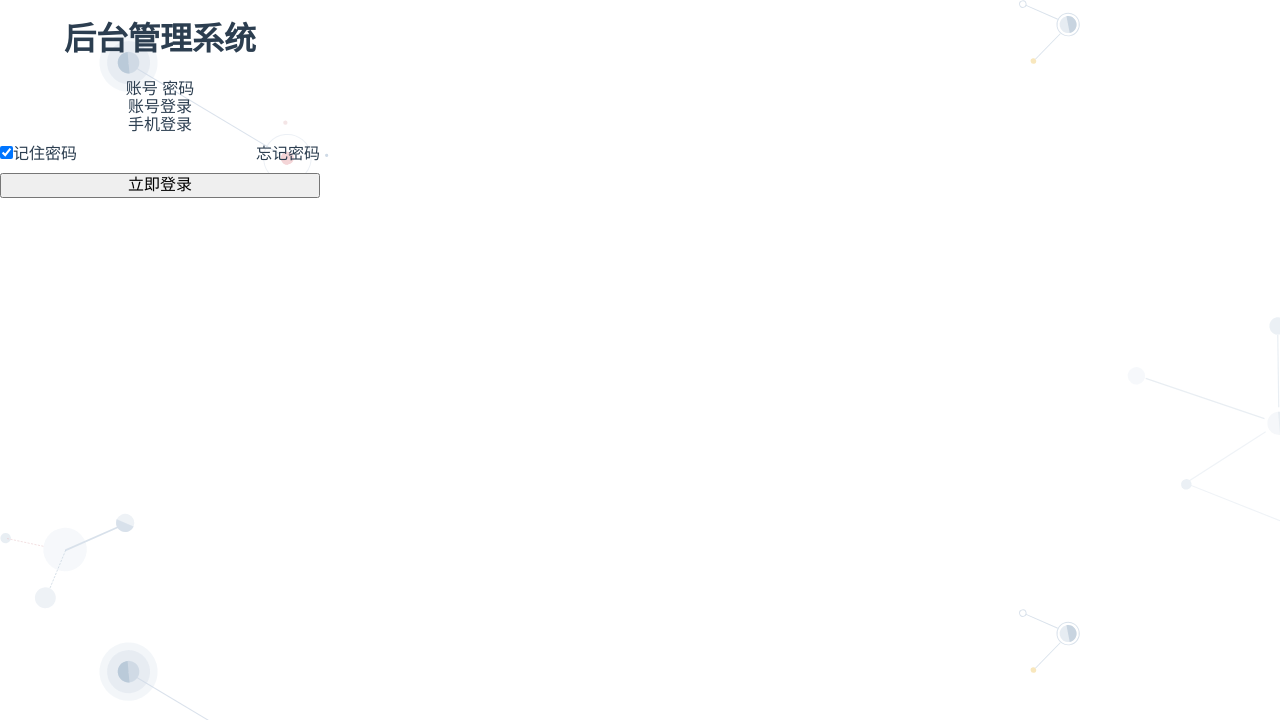
Repository: chenguox/vue-admin
Page: /#/login
These files come from the project's save history. The page is drawn as it stood at one moment and after a run of saves; the edit follows.
The browser window is 1280 px wide. The pictures show the whole page.
The page's requests for data from a server got no answer. The project was rebuilt for these pictures with package versions that can differ from the ones it lists, and the page was loaded fresh each time. No one was signed in, and anything a server would have sent is missing. Also part of the build but not shown: vue.config.js.

Above is the page before, as saved 2022-03-05 10:57:32.

### src/main.ts
import { createApp } from 'vue'
import { globalRegister } from './global'
import 'normalize.css'
import './assets/css/index.less'

import App from './App.vue'

import router from './router'
import store from './store'

import gxRequest from './service'

const app = createApp(App)

// 注册element-plus/其他
app.use(globalRegister)
app.use(router)
app.use(store)

app.mount('#app')

interface DataType {
  data: any
  returnCode: string
  success: boolean
}

gxRequest
  .request<DataType>({
    url: '/post',
    method: 'POST',
    interceptors: {
      requestInterceptor: (config) => {
        console.log('单个请求成功的拦截')
        return config
      },
      requestInterceptorCatch: (err) => {
        console.log('单个请求失败的拦截')
        return err
      },
      responseInterceptor: (res) => {
        console.log('单个响应成功的拦截')
        return res
      },
      responseInterceptorCatch: (err) => {
        console.log('单个响应失败的拦截')
        return err
      }
    }
  })
  .then((res) => {
    // 拿到请求结果
    console.log(res)
  })

### src/global/index.ts
import { App } from 'vue'
import registerElement from './register-element'

export function globalRegister(app: App): void {
  app.use(registerElement)
}

### src/App.vue
<template>
  <div id="app">
    <!-- <router-link to="/login">登录</router-link>
    <router-link to="/main">首页</router-link>
    <h2>{{ $store.state.name }}</h2> -->
    <router-view></router-view>
  </div>
</template>

<script lang="ts">
import { defineComponent } from 'vue'

export default defineComponent({
  name: 'App',
  components: {}
})
</script>

<style lang="less">
#app {
  font-family: Avenir, Helvetica, Arial, sans-serif;
  -webkit-font-smoothing: antialiased;
  -moz-osx-font-smoothing: grayscale;
  text-align: center;
  color: #2c3e50;
  // margin-top: 60px;
}
</style>

### src/router/index.ts
import { createRouter, createWebHashHistory } from 'vue-router'
import { RouteRecordRaw } from 'vue-router'

const routes: RouteRecordRaw[] = [
  {
    path: '/',
    redirect: '/main'
  },
  {
    path: '/main',
    component: () => import('../views/main/main.vue')
  },
  {
    path: '/login',
    component: () => import('../views/login/login.vue')
  }
]

// 创建 router 对象
const router = createRouter({
  routes,
  history: createWebHashHistory()
})

export default router

### src/store/index.ts
import { createStore } from 'vuex'

// 创建store对象
const store = createStore({
  state: () => {
    return {
      name: '哈哈'
    }
  },
  mutations: {},
  getters: {},
  actions: {}
})

export default store

### src/service/index.ts
// service 统一出口
import GXRequest from './request'
import { API_BASE_URL, TIME_OUT } from './request/config'

// 创建 gxRequest 实例
const gxRequest = new GXRequest({
  baseURL: API_BASE_URL,
  timeout: TIME_OUT,
  interceptors: {
    requestInterceptor: (config) => {
      console.log('请求成功的拦截')
      return config
    },
    requestInterceptorCatch: (err) => {
      console.log('请求失败的拦截')
      return err
    },
    responseInterceptor: (res) => {
      console.log('响应成功的拦截')
      return res
    },
    responseInterceptorCatch: (err) => {
      console.log('响应失败的拦截')
      return err
    }
  }
})

export default gxRequest

### src/global/register-element.ts
import { App } from 'vue'
import {
  ElButton,
  ElTabs,
  ElTabPane,
  ElIcon,
  ElForm,
  ElFormItem,
  ElInput,
  ElCheckbox,
  ElLink
} from 'element-plus'

const components = [
  ElButton,
  ElTabs,
  ElTabPane,
  ElIcon,
  ElForm,
  ElFormItem,
  ElInput,
  ElCheckbox,
  ElLink
]

export default function (app: App): void {
  for (const component of components) {
    app.component(component.name, component)
  }
}

### src/views/login/login.vue
<template>
  <div class="login">
    <login-panel />
  </div>
</template>

<script lang="ts">
import { defineComponent } from 'vue'
import LoginPanel from './cpns/login-panel.vue'

export default defineComponent({
  components: {
    LoginPanel
  },
  setup() {
    return {}
  }
})
</script>

<style scoped lange="less">
.login {
  width: 100%;
  height: 100%;
  background: url('../../assets/img/login-bg.svg');
  display: flex;
  justify-content: ;
}
</style>

### src/service/request/index.ts
import axios from 'axios'
import type { AxiosInstance } from 'axios'
import type { GXRequestInterceptors, GXRequestConfig } from './type'

class GXRequest {
  instance: AxiosInstance
  interceptors?: GXRequestInterceptors

  constructor(config: GXRequestConfig) {
    this.instance = axios.create(config)

    // 保存对应实例的拦截
    this.interceptors = config.interceptors

    // 1、添加所有实例的拦截器
    this.instance.interceptors.request.use(
      (config) => {
        console.log('所有实例的拦截器: 请求成功拦截')
        return config
      },
      (err) => {
        console.log('所有实例的拦截器: 请求失败拦截')
        return err
      }
    )

    this.instance.interceptors.response.use(
      (res) => {
        console.log('所有实例的拦截器: 响应成功拦截')
        return res
      },
      (err) => {
        console.log('所有实例的拦截器: 响应失败拦截')
        return err
      }
    )

    // 2、添加实例拦截器(从config中取出对应的实例)
    this.instance.interceptors.request.use(
      this.interceptors?.requestInterceptor,
      this.interceptors?.requestInterceptorCatch
    )
    this.instance.interceptors.response.use(
      this.interceptors?.responseInterceptor,
      this.interceptors?.responseInterceptorCatch
    )
  }

  // 需要将返回结果类型改为 Promise, 且类型应该是请求者决定，所以使用泛型
  request<T>(config: GXRequestConfig<T>): Promise<T> {
    // 处理成返回一个 promise
    return new Promise((resolve, reject) => {
      if (config.interceptors?.requestInterceptor) {
        // 执行请求拦截，执行完将config返回
        config = config.interceptors.requestInterceptor(config)
      }
      this.instance
        .request<any, T>(config)
        .then((res) => {
          if (config.interceptors?.responseInterceptor) {
            res = config.interceptors.responseInterceptor(res)
          }

          // 将结果 resolve 返回出去
          resolve(res)
        })
        .catch((err) => {
          reject(err)
        })
    })
  }
}

export default GXRequest

### src/service/request/config.ts
// 通过加载 .env 文件的方式区分环境变量
export const API_BASE_URL = process.env.VUE_APP_BASE_URL
export const TIME_OUT = 10000

### src/views/login/cpns/login-panel.vue
<template>
  <div class="login-panel">
    <h1 class="title">后台管理系统</h1>
    <el-tabs>
      <el-tab-pane type="border-card">
        <template #label>
          <span>
            <el-icon><avatar /></el-icon>账号登录
          </span>
        </template>
        账号 密码
      </el-tab-pane>
      <el-tab-pane>
        <template #label>
          <span>
            <el-icon><cellphone /></el-icon>手机登录
          </span>
        </template>
        手机
      </el-tab-pane>
    </el-tabs>
    <div class="account-control">
      <el-checkbox
        v-model="isKeepPassword"
        label="记住密码"
        size="large"
      ></el-checkbox>
      <el-link type="primary">忘记密码</el-link>
    </div>
    <el-button type="primary" class="login-btn">立即登录</el-button>
  </div>
</template>

<script lang="ts">
import { defineComponent, ref } from 'vue'

export default defineComponent({
  setup() {
    const isKeepPassword = ref(true)
    return {
      isKeepPassword
    }
  }
})
</script>

<style scoped lang="less">
.login-panel {
  width: 320px;

  // .title {

  // }
  .account-control {
    margin-top: 10px;
    display: flex;
    justify-content: space-between;
  }

  .login-btn {
    width: 100%;
    margin-top: 10px;
  }
}
</style>

Loaded but not shown: public/index.html (common file); src/assets/css/index.less (common file); src/assets/css/base.less (common file)

After the next 4 saves:
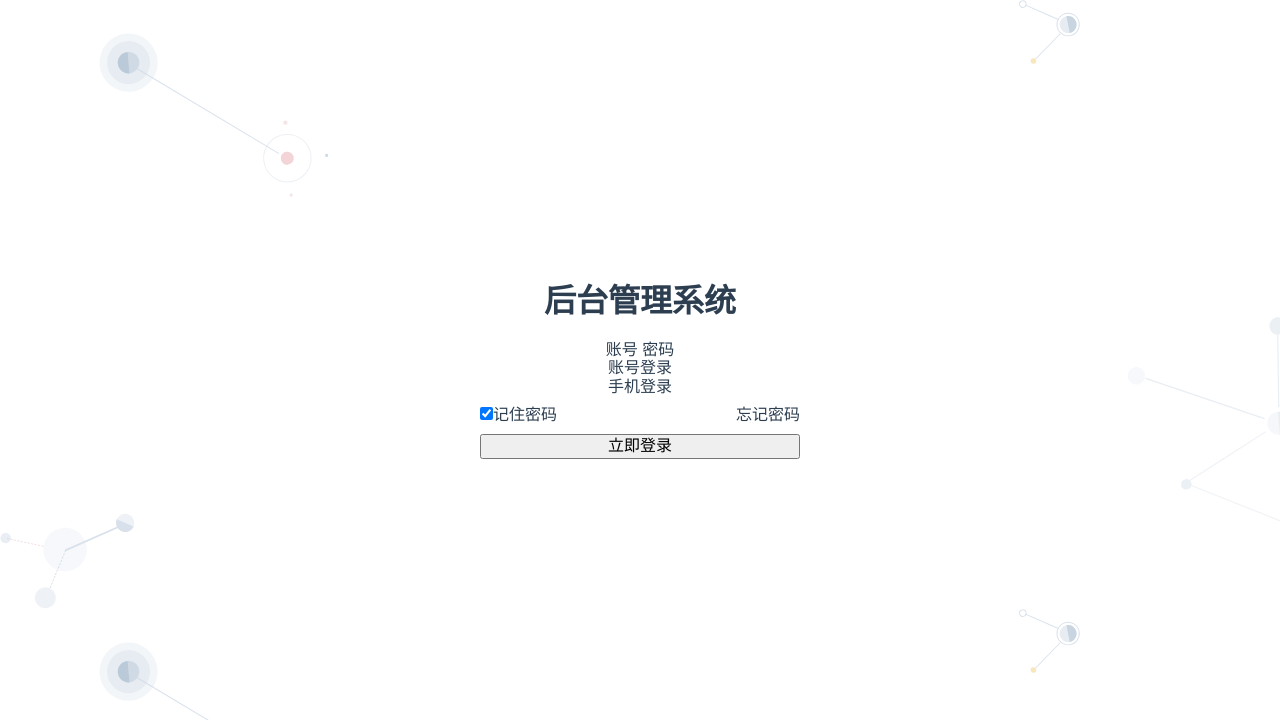
The 4 saves are shown as one change because they came seconds apart.
The last was saved 13 s later.
--- a/src/views/login/login.vue
+++ b/src/views/login/login.vue
@@ -24,6 +24,7 @@ export default defineComponent({
   height: 100%;
   background: url('../../assets/img/login-bg.svg');
   display: flex;
-  justify-content: ;
+  justify-content: center;
+  align-items: center;
 }
 </style>
